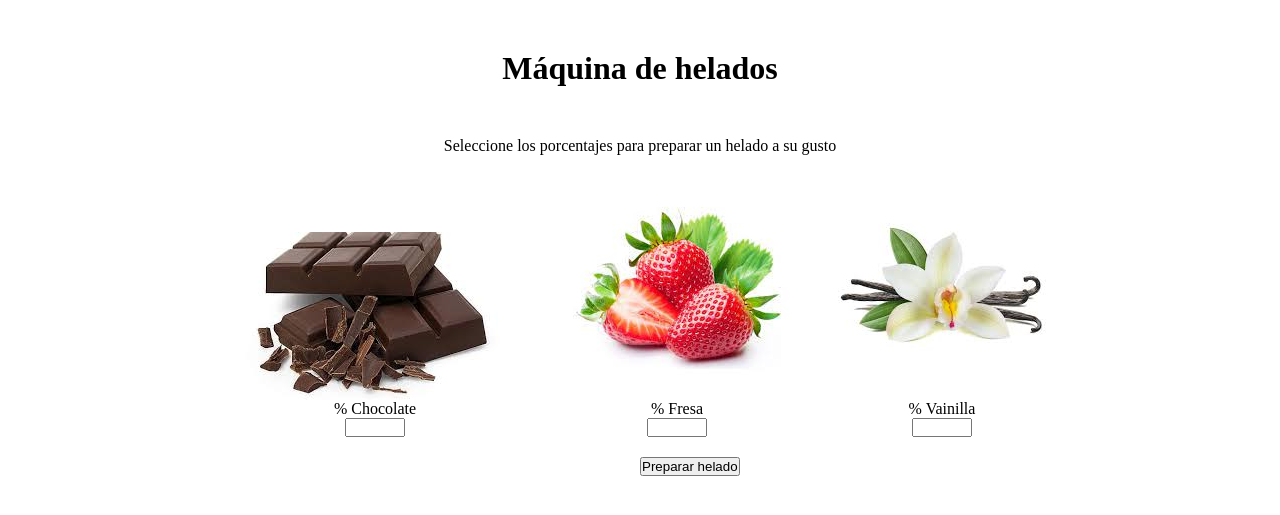
Repository: Ibizus/ejercicios_JSP
Page: http://localhost/ejercicios_Hector/ejercicio10/index.jsp
These files come from the project's save history. The page is drawn as it stood at one moment and after the next save; the edit follows.
The browser window is 1280 px wide. The pictures show the whole page.
The page is served by Tomcat 9.

Above is the page before, as saved 2023-11-16 19:05:43.

### ejercicios_Hector/src/main/webapp/ejercicio10/index.jsp
<%@ page language="java" contentType="text/html; charset=UTF-8"
    pageEncoding="UTF-8"%>
<!DOCTYPE html>
<html>
<head>
	<meta charset="UTF-8">
	<link rel="stylesheet" href="css/style.css"/>
	<title>Ejercicio 10</title>
</head>
<body>
	<h1>Máquina de helados</h1>
	<p>Seleccione los porcentajes para preparar un helado a su gusto</p>

	<section id="formulario">
		<form method="post" action="helado.jsp">

			<section id="sabores">
				<article>
					<img alt="Chocolate" src="images/chocolate.jpeg">
					% Chocolate <input type="number" min="0" max="100" step="1" name="choc">
				</article>
				<article>
					<img alt="Fresa" src="images/fresa.jpeg">
					% Fresa <input type="number" min="0" max="100" step="1" name="fresa">
				</article>
				<article>
					<img alt="Vainilla" src="images/vainilla.jpeg">
					% Vainilla <input type="number" min="0" max="100" step="1" name="vainilla">
				</article>
			</section>

			<input id="enviar" type="submit" value="Preparar helado">
		</form>
	</section>

</body>
</html>

### ejercicios_Hector/src/main/webapp/ejercicio10/css/style.css
@charset "UTF-8";

*{
	margin: 0;
	padding: 0;
	box-sizing: border-box;
	text-decoration: none;
}

body{
	min-width: 900px;
    display: flex;
    flex-direction: column;
    align-items: center;
}

h1{
	margin: 50px;
}

#formulario{
	display: flex;
	flex-direction: column;
    align-items: center;
}


#sabores{
	display: flex;
	justify-content: space-between;
	align-items: flex-end;
}

article{
	display: flex;
	flex-direction: column;
	align-items: center;

	margin: 20px;
}

#enviar{
	margin-left: 50%;
}

After the next save:
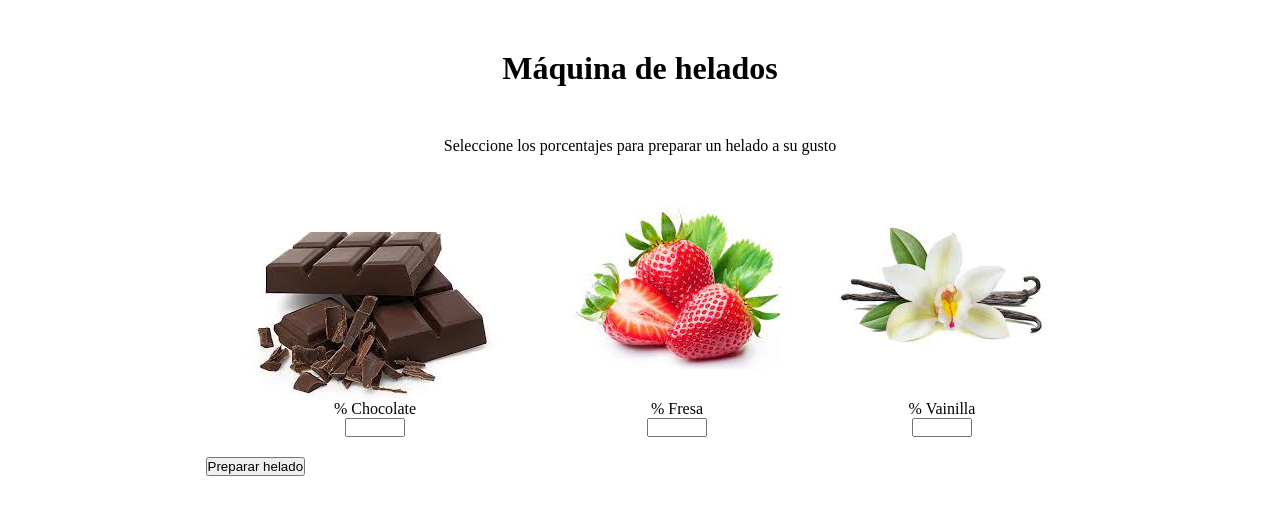
Saved 63 s later.
--- a/ejercicios_Hector/src/main/webapp/ejercicio10/css/style.css
+++ b/ejercicios_Hector/src/main/webapp/ejercicio10/css/style.css
@@ -40,5 +40,5 @@ article{
 }
 
 #enviar{
-	margin-left: 50%;
+	margin-left: calc((100%-this)/2);
 }
